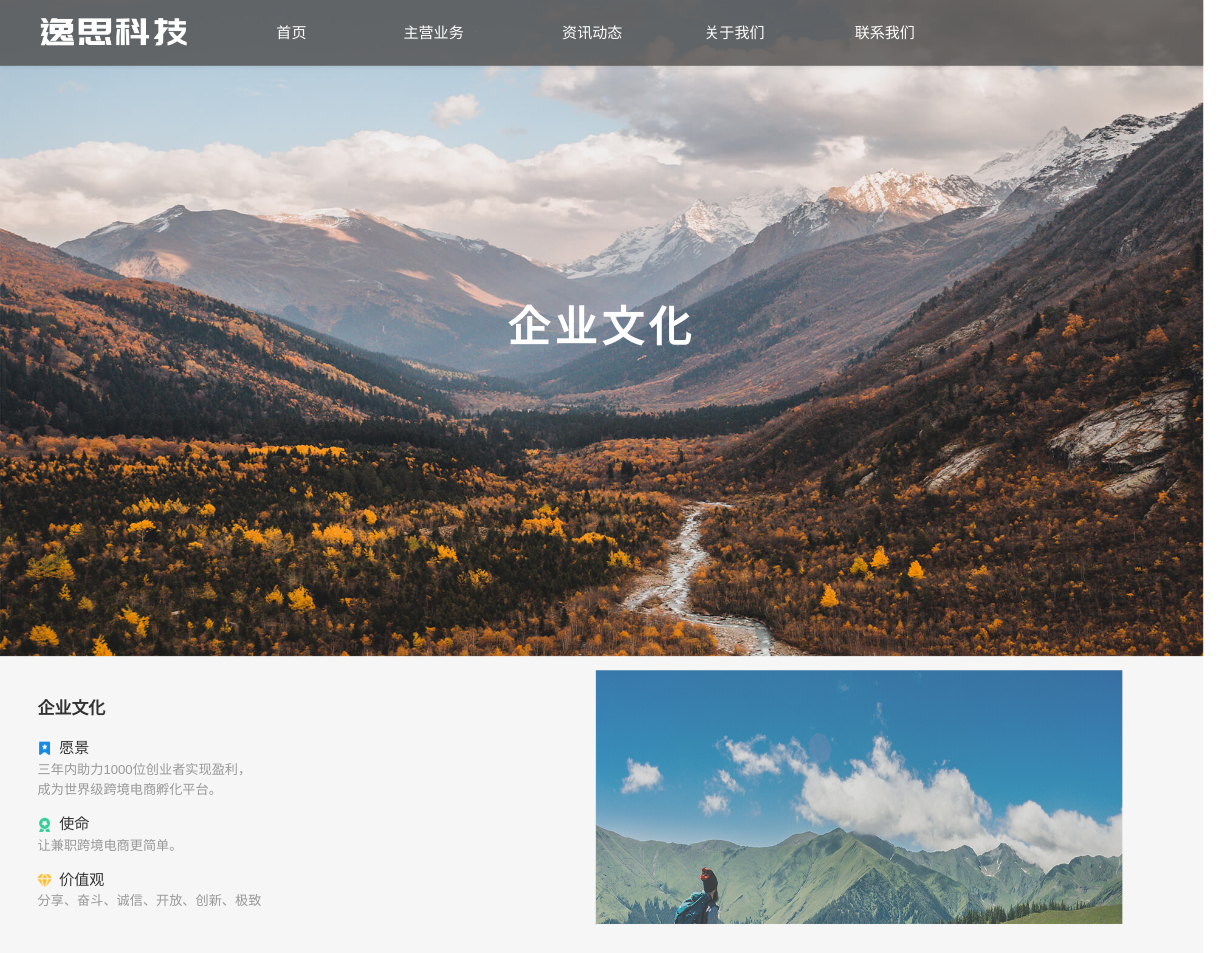
Repository: masterzhang/ztn
Page: brief3.html
These files come from the project's save history. The page is drawn as it stood at one moment and after a run of saves; the edit follows.
The browser window is 1280 px wide. The page is 1300 px wide, so the pictures cover 1300 px, including what lies to the right of the window. The pictures show the part of the page from y = 0 to 1014 px (the page is 1888 px tall), at 94% of full size.
Pictures or frames that could not be fetched are drawn as grey boxes.

Above is the page before, as saved 2021-11-25 15:47:37.
Console error: TypeError: Cannot read properties of undefined (reading 'top')

After the next 5 saves:
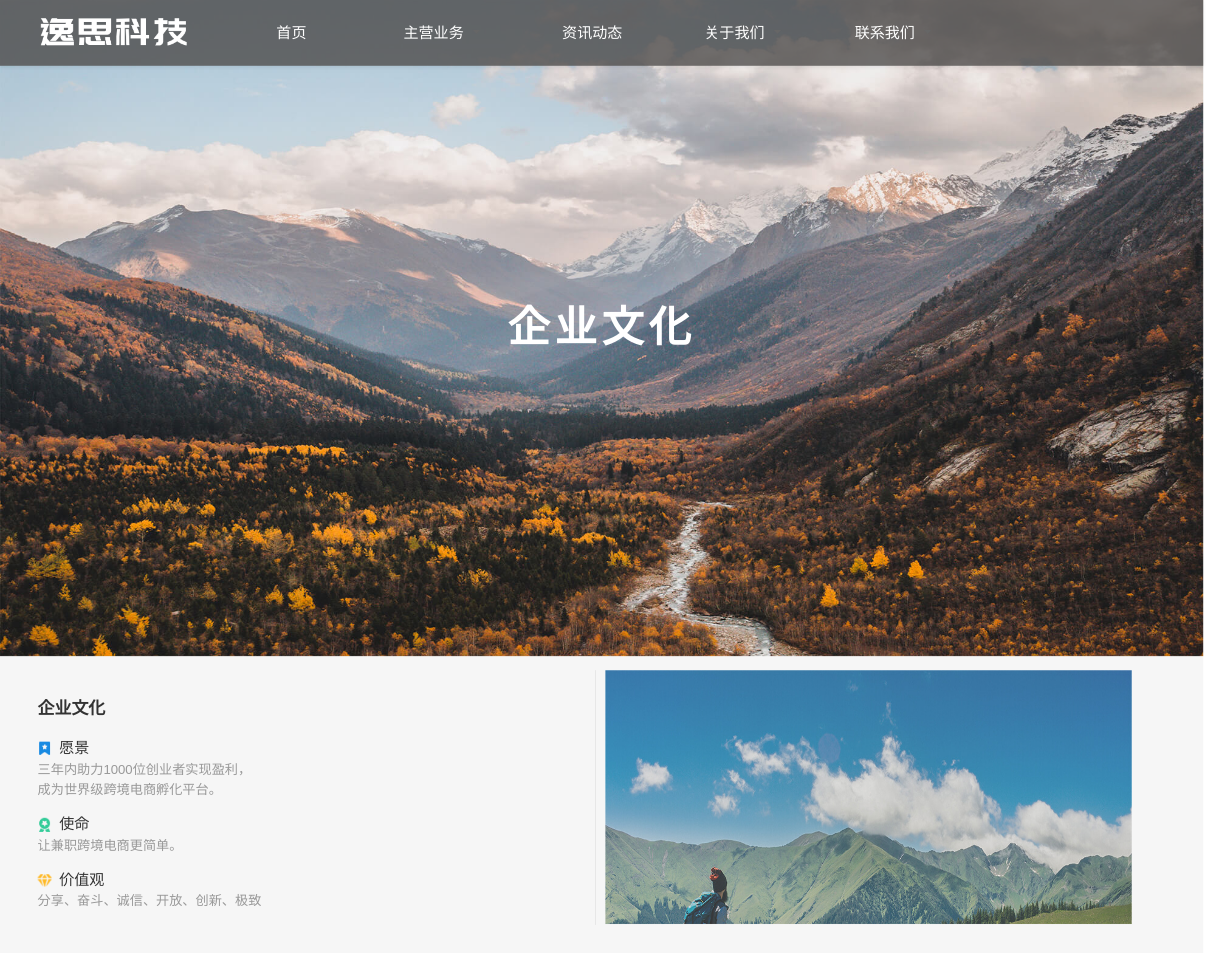
The 5 saves are shown as one change because they came seconds apart.
The last was saved 11 s later.
--- a/brief3.html
+++ b/brief3.html
@@ -80,7 +80,7 @@
 
         </div>
         <div class="pagemian_swiper_right" style="display: block;">
-          <div class="runbobox" s>
+          <div class="runbobox" style="padding-left:10px;">
             <img src="/self/images2/企业文化逸思奋斗者.jpg" width="560" height="270" />
           </div>
         </div>
